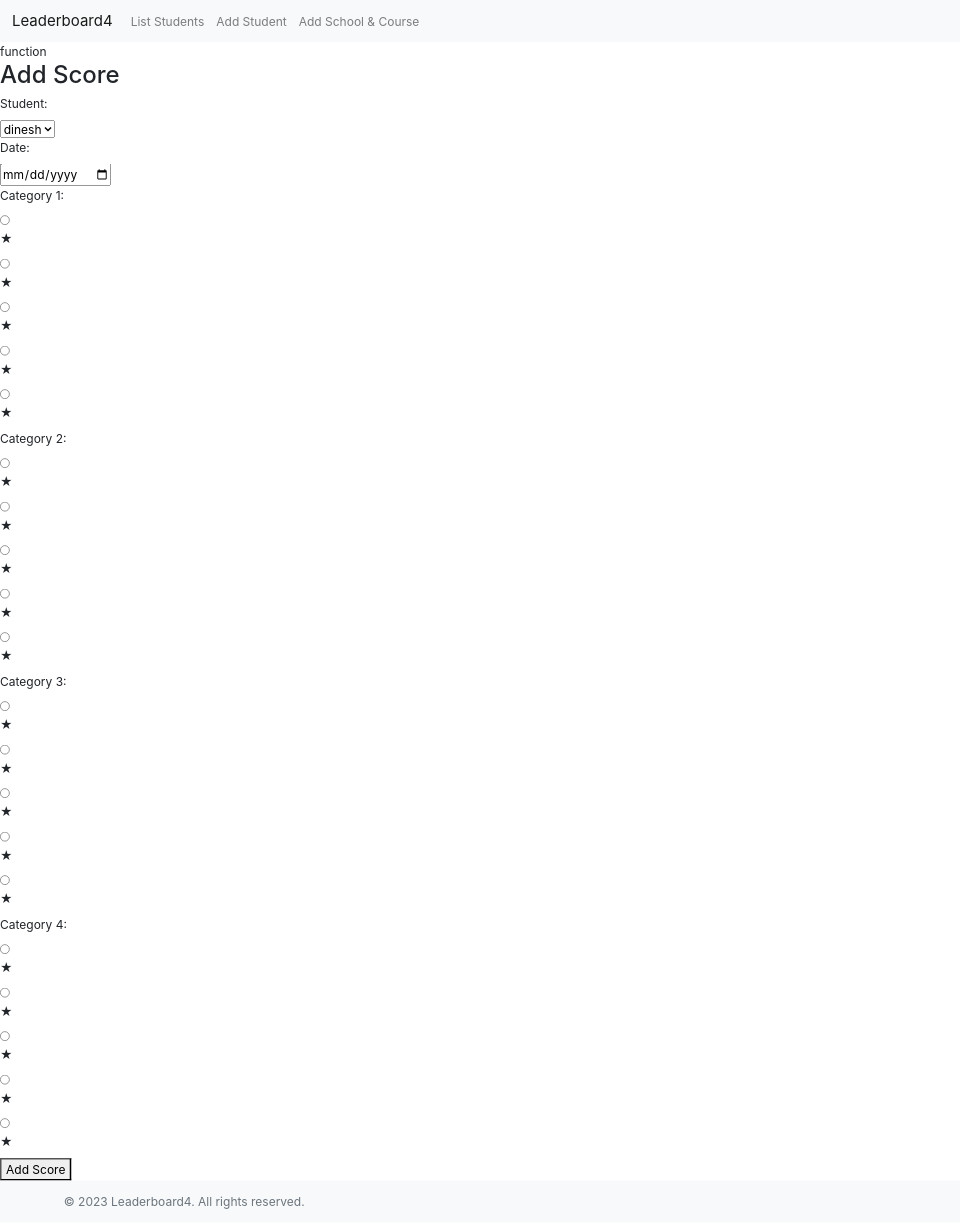
Repository: bigbodhiacademy/gBoard
Page: http://localhost/add_score.php
The author's editor kept a copy of each file at every save. The page is drawn from the files as they stood at one save, then again after the next save.
The browser window is 1280 px wide. The pictures show the whole page, at 75% of full size.
The page is run by PHP 8.4 with error messages shown; the project is at /var/www/html/. The database holds what the project's SQL file puts in it.

Above is the page before, as saved 2023-04-20 19:09:12.

After the next save:
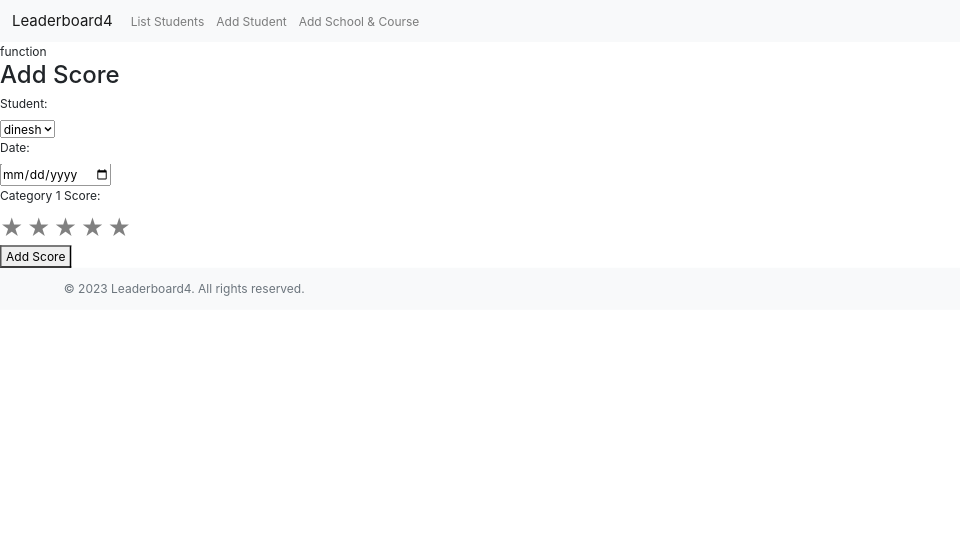
Saved 32 s later.
--- a/add_score.php
+++ b/add_score.php
@@ -21,38 +21,12 @@
     <input type="date" name="date" id="date" required>
   </div>
   <div>
-  <label>Category 1:</label>
-  <div class="star-rating">
+  <div>
+  <label for="score1">Category 1 Score:</label>
+  <div class="stars">
     <?php for ($i = 5; $i >= 1; $i--): ?>
-      <input type="radio" name="category1" id="category1-<?php echo $i; ?>" value="<?php echo $i; ?>" required>
-      <label for="category1-<?php echo $i; ?>">&#9733;</label>
-    <?php endfor; ?>
-  </div>
-</div>
-<div>
-  <label>Category 2:</label>
-  <div class="star-rating">
-    <?php for ($i = 5; $i >= 1; $i--): ?>
-      <input type="radio" name="category2" id="category2-<?php echo $i; ?>" value="<?php echo $i; ?>" required>
-      <label for="category2-<?php echo $i; ?>">&#9733;</label>
-    <?php endfor; ?>
-  </div>
-</div>
-<div>
-  <label>Category 3:</label>
-  <div class="star-rating">
-    <?php for ($i = 5; $i >= 1; $i--): ?>
-      <input type="radio" name="category1" id="category1-<?php echo $i; ?>" value="<?php echo $i; ?>" required>
-      <label for="category1-<?php echo $i; ?>">&#9733;</label>
-    <?php endfor; ?>
-  </div>
-</div>
-<div>
-  <label>Category 4:</label>
-  <div class="star-rating">
-    <?php for ($i = 5; $i >= 1; $i--): ?>
-      <input type="radio" name="category1" id="category1-<?php echo $i; ?>" value="<?php echo $i; ?>" required>
-      <label for="category1-<?php echo $i; ?>">&#9733;</label>
+      <input type="radio" id="score1-<?php echo $i; ?>" name="score1" value="<?php echo $i; ?>" required>
+      <label for="score1-<?php echo $i; ?>">&#9733;</label>
     <?php endfor; ?>
   </div>
 </div>
